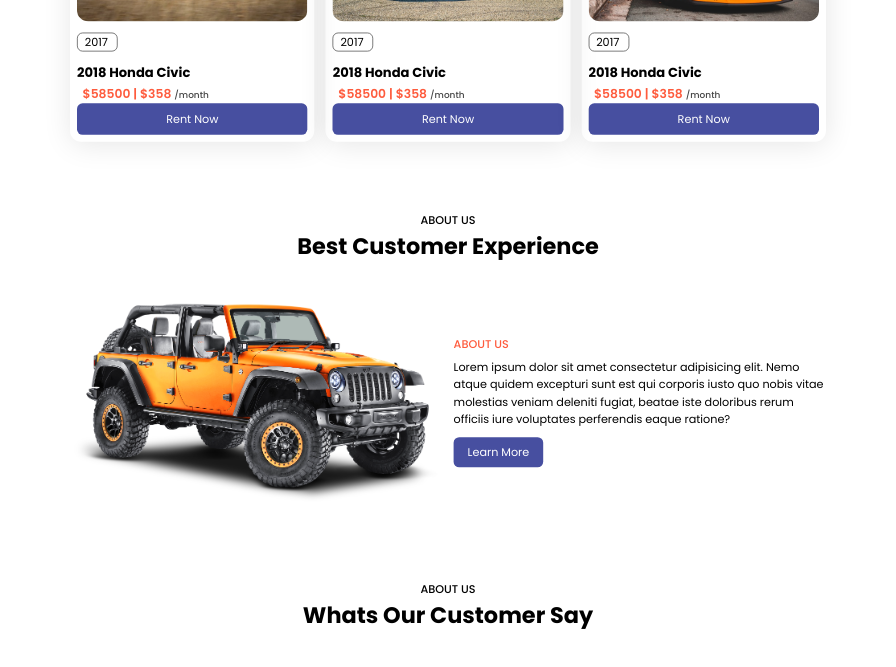
Repository: douglasabnovato/car-rental
Page: index.html
These files come from the project's save history. The page is drawn as it stood at one moment and after the next save; the edit follows.
The browser window is 1280 px wide. The pictures show the part of the page from y = 1961 to 3881 px (the page is 2914 px tall before and 3881 px after), at 70% of full size.

Above is the page before, as saved 2025-05-16 16:21:04.

After the next save:
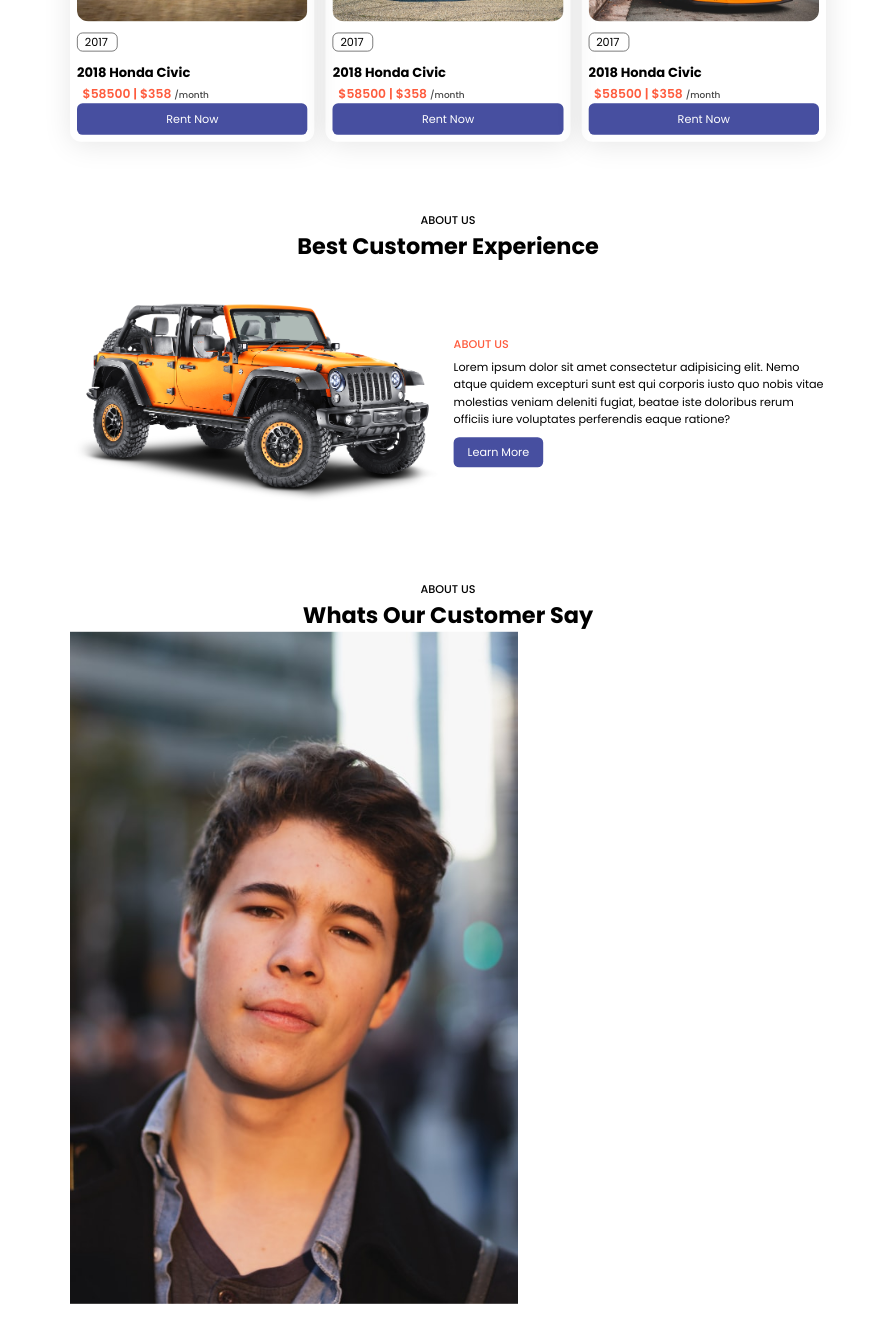
Saved 98 s later.
--- a/index.html
+++ b/index.html
@@ -200,6 +200,13 @@
         <span>About Us</span>
         <h1>Whats Our Customer Say</h1>
       </div>
+      <div class="reviews-container">
+        <div class="box">
+          <div class="rev-img">
+            <img src="./assets/rev1.jpg" alt="">
+          </div>
+        </div>
+      </div>
     </section>
 
 
